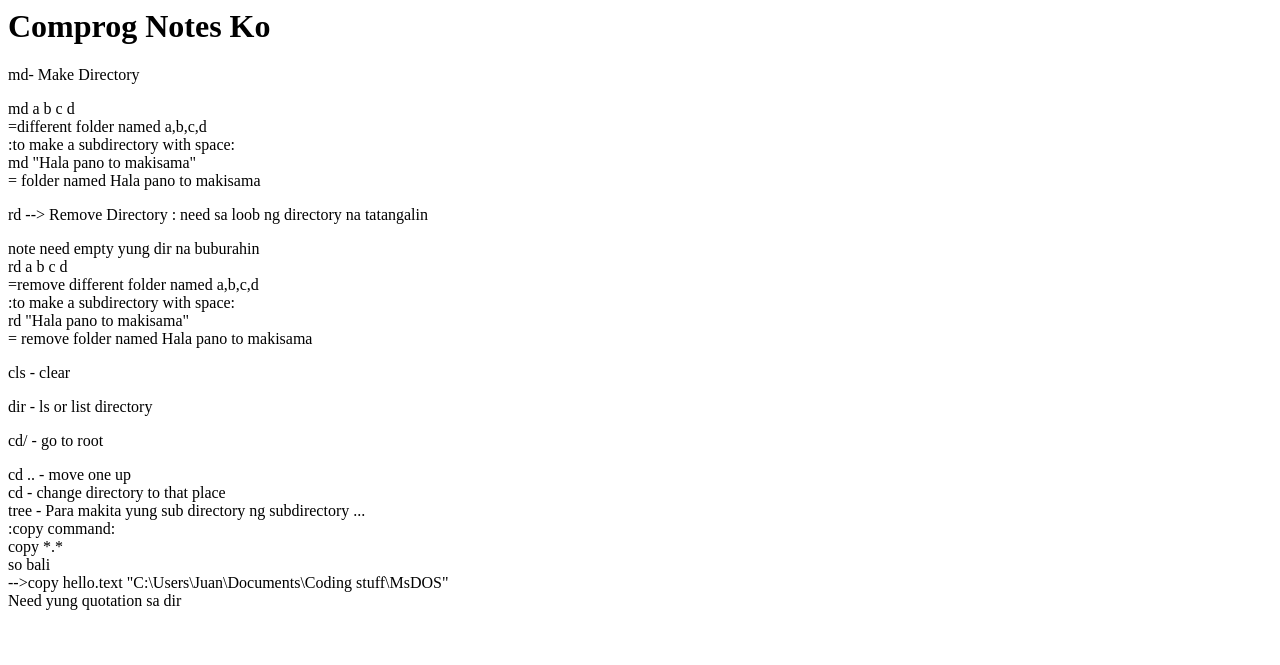
Repository: zwainer/Comprog
Page: index.html
These files come from the project's save history. The page is drawn as it stood at one moment and after a run of saves; the edit follows.
The browser window is 1280 px wide. The pictures show the whole page.

Above is the page before, as saved 2023-05-04 08:36:26.

### index.html
<html>
	<head>
		<link rel="stylesheet" href="index.css">
	</head>
	<h1>Comprog Notes Ko</h1>
<p class="StartCommand">md- Make Directory <br/></p>
	md a b c d  <br/>
		=different folder named a,b,c,d<br/>

	:to make a subdirectory with space:<br/>

	md "Hala pano to makisama"<br/>
		= folder named Hala pano to makisama<br/>

<p class="StartCommand">rd --> Remove Directory : need sa loob ng directory na tatangalin<br/></p>

	note need empty yung dir na buburahin<br/>

rd a b c d <br/>
		=remove different folder named a,b,c,d<br/>

	:to make a subdirectory with space:<br/>

	rd "Hala pano to makisama"<br/>

		= remove folder named Hala pano to makisama	<br/>


<p class="StartCommand">cls - clear<br/></p>

<p class="StartCommand"></p>dir - ls or list directory<br/></p>

<p class="StartCommand"></p>cd/ - go to root<br/></p>

<p class="StartCommand"></p>cd .. - move one up<br/>

cd <directory> - change directory to that place<br/>

tree - Para makita yung sub directory ng subdirectory ...<br/>

:copy command:<br/>

copy *.*<br/>

	so bali <br/>
		-->copy hello.text "C:\Users\Juan\Documents\Coding stuff\MsDOS"<br/>
			Need yung quotation sa dir<br/>


		</p>
</html>

Loaded but not shown: index.css (no copy from this time; the picture is the same without it)

After the next 6 saves:
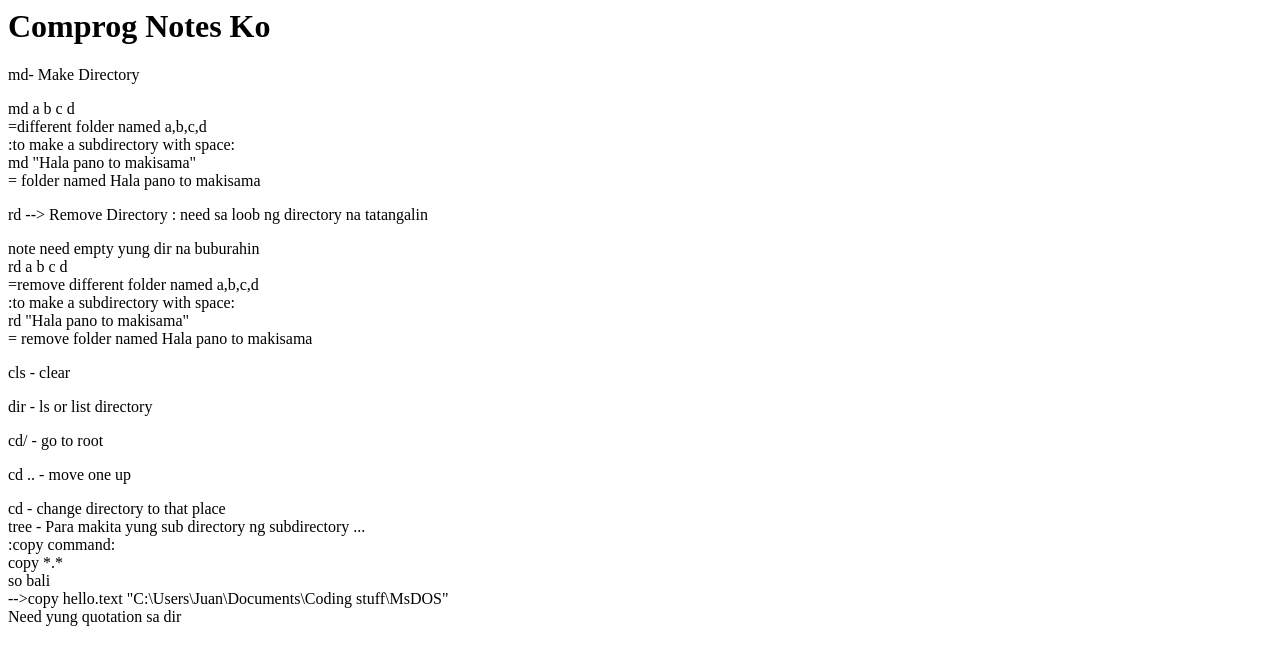
The 6 saves are shown as one change because they came seconds apart.
The last was saved 15 s later.
--- a/index.html
+++ b/index.html
@@ -28,13 +28,13 @@ rd a b c d <br/>
 
 <p class="StartCommand">cls - clear<br/></p>
 
-<p class="StartCommand"></p>dir - ls or list directory<br/></p>
+<p class="StartCommand">dir - ls or list directory<br/></p>
 
-<p class="StartCommand"></p>cd/ - go to root<br/></p>
+<p class="StartCommand">cd/ - go to root<br/></p>
 
-<p class="StartCommand"></p>cd .. - move one up<br/>
+<p class="StartCommand">cd .. - move one up<br/></p>
 
-cd <directory> - change directory to that place<br/>
+<p class="StartCommand">cd <directory> - change directory to that place<br/>
 
 tree - Para makita yung sub directory ng subdirectory ...<br/>
 
